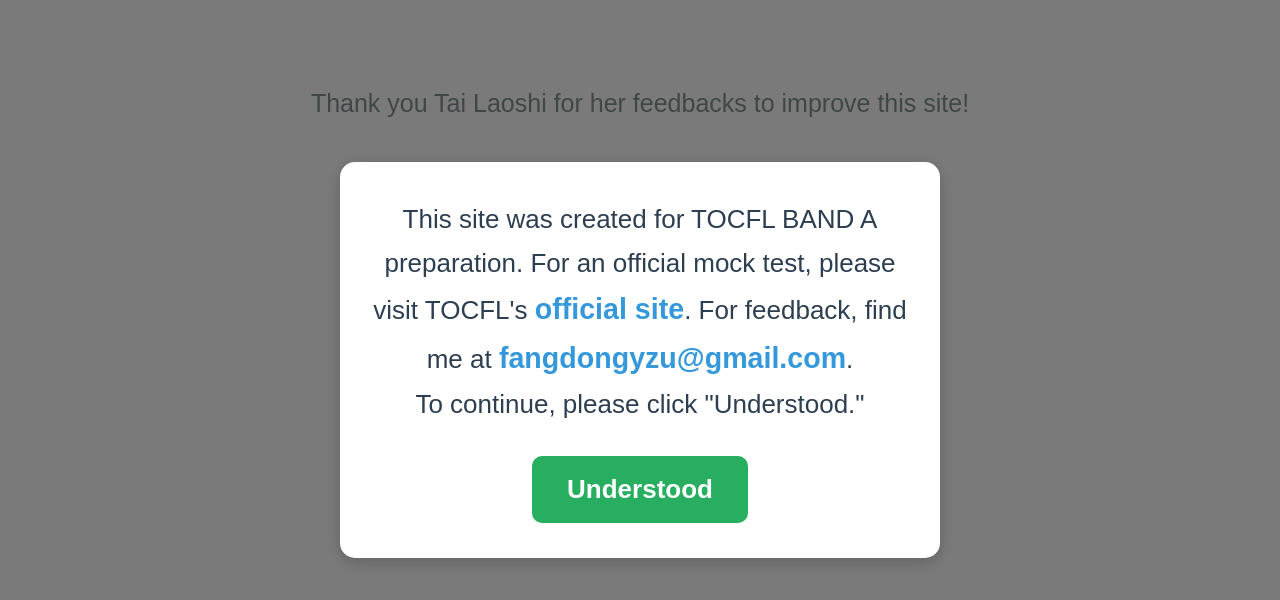
Repository: fangdongyzu/tocflmock
Page: index.html
These files come from the project's save history. The page is drawn as it stood at one moment and after the next save; the edit follows.
The browser window is 1280 px wide. The pictures show the whole page.

Above is the page before, as saved 2025-12-23 16:57:27.

### index.html
<!DOCTYPE html>
<html lang="en">
<head>
<meta charset="UTF-8">
<meta name="viewport" content="width=device-width, initial-scale=1.0">
<title>TOCFL MOCK BAND A PRACTICE</title>
<link rel="stylesheet" href="styles.css">
</head>
<body>

<div class="container">
    <!-- Modal -->
    <div id="modal">
        <div id="modalContent">
            <p>
                This site was created for TOCFL BAND A preparation. For an official mock test, please visit TOCFL's
                <a href="https://cbt.sc-top.org.tw/sctopj/" target="_blank">official site</a>. For feedback, find me at <a href="mailto:fangdongyzu@gmail.com">fangdongyzu@gmail.com</a>.<br>To continue, please click "Understood."
            </p>
            <button id="understoodBtn">Understood</button>
        </div>
    </div>

    <!-- Main Page -->
    <div id="mainPage">
        <header>
            <h1>TOCFL MOCK BAND A PRACTICE</h1>
            <p>Select a mock test to begin your practice</p>
        </header>

        <div class="mock-selection">
            <div class="mock" data-mock="5" data-reading="https://fangdongyzu.github.io/tocfl-mock5-reading/" data-listening="https://fangdongyzu.github.io/tocfl-mock5-listening/">
                <strong>MOCK 5</strong>
            </div>

            <div class="mock" data-mock="4" data-reading="https://fangdongyzu.github.io/tocfl-mock4-reading/" data-listening="https://fangdongyzu.github.io/tocfl-mock4-listening/">
                <strong>MOCK 4</strong>
            </div>

            <div class="mock" data-mock="3" data-reading="https://fangdongyzu.github.io/tocfl-mock3-reading/" data-listening="https://fangdongyzu.github.io/tocfl-mock3-listening/">
                <strong>MOCK 3</strong>
            </div>

            <div class="mock" data-mock="2" data-reading="https://fangdongyzu.github.io/tocfl-mock2-reading/" data-listening="https://fangdongyzu.github.io/tocfl-mock2-listening/">
                <strong>MOCK 2</strong>
            </div>

            <div class="mock" data-mock="1" data-reading="https://fangdongyzu.github.io/tocfl-mock1-reading/" data-listening="https://fangdongyzu.github.io/tocfl-mock1-listening/">
                <strong>MOCK 1</strong>
            </div>
        </div>
    </div>

    <!-- Choice Popup -->
    <div id="choicePopup">
        <p id="popupTitle"></p>
        <div class="buttons">
            <a id="readingBtn" target="_self"><button>Reading</button></a>
            <a id="listeningBtn" target="_self"><button>Listening</button></a>
        </div>
        <button id="closePopup">Exit</button>
    </div>
</div>

<script>
document.addEventListener('DOMContentLoaded', () => {
    const modal = document.getElementById('modal');
    const understoodBtn = document.getElementById('understoodBtn');
    const mainPage = document.getElementById('mainPage');
    const choicePopup = document.getElementById('choicePopup');
    const popupTitle = document.getElementById('popupTitle');
    const readingBtn = document.getElementById('readingBtn');
    const listeningBtn = document.getElementById('listeningBtn');
    const closePopup = document.getElementById('closePopup');

    // Show modal only once per session
    if (sessionStorage.getItem('tocflModalShown') === 'true') {
        modal.style.display = 'none';
        mainPage.style.display = 'block';
    } else {
        modal.style.display = 'flex';
        mainPage.style.display = 'none';
    }

    // Modal button
    understoodBtn.addEventListener('click', () => {
        modal.style.display = 'none';
        mainPage.style.display = 'block';
        sessionStorage.setItem('tocflModalShown', 'true');
    });

    // MOCK click to open popup
    document.querySelectorAll('.mock').forEach(mock => {
        mock.addEventListener('click', () => {
            const mockNumber = mock.dataset.mock;
            const readingLink = mock.dataset.reading;
            const listeningLink = mock.dataset.listening;

            popupTitle.textContent = `MOCK ${mockNumber}`;

            if (readingLink) {
                readingBtn.href = readingLink;
                readingBtn.style.display = 'inline-block';
            } else {
                readingBtn.style.display = 'none';
            }

            if (listeningLink) {
                listeningBtn.href = listeningLink;
                listeningBtn.style.display = 'inline-block';
            } else {
                listeningBtn.style.display = 'none';
            }

            choicePopup.style.display = 'flex';
        });
    });

    // Close popup
    closePopup.addEventListener('click', () => {
        choicePopup.style.display = 'none';
    });
});
</script>

</body>
<footer>
    <p>Thank you Tai Laoshi for her feedbacks to improve this site!</p>
</footer>
</html>

### styles.css
* {
    margin: 0;
    padding: 0;
    box-sizing: border-box;
}

body {
    font-family: 'Microsoft JhengHei', '微軟正黑體', Arial, sans-serif;
    line-height: 1.6;
    color: #333;
    background-color: #f5f5f5;
    font-size: 20px; /* Increased base font size */
    min-height: 100vh;
}

.container {
    max-width: 850px;
    margin: 0 auto;
    padding: 20px;
}

/* Modal */
#modal {
    position: fixed;
    top: 0;
    left: 0;
    width: 100%;
    height: 100%;
    background: rgba(0, 0, 0, 0.5);
    display: flex;
    justify-content: center;
    align-items: center;
    z-index: 1000;
    padding: 15px;
}

#modalContent {
    background: white;
    padding: 35px 30px; /* Increased padding */
    border-radius: 15px; /* Larger border radius */
    box-shadow: 0 4px 15px rgba(0,0,0,0.2); /* Enhanced shadow */
    max-width: 600px; /* Slightly wider */
    width: 100%;
    text-align: center;
    line-height: 1.7; /* Improved line height */
}

#modalContent p {
    margin-bottom: 30px;
    color: #2c3e50;
    font-size: 1.3em; /* Larger modal text */
    font-weight: 500; /* Slightly bolder */
}

#modalContent a {
    color: #3498db;
    text-decoration: none;
    font-weight: bold;
    font-size: 1.1em; /* Larger link text */
}

#modalContent a:hover {
    text-decoration: underline;
}

#modalContent button {
    padding: 18px 35px; /* Larger button */
    background: #27ae60;
    color: white;
    border: none;
    border-radius: 10px; /* Larger border radius */
    cursor: pointer;
    font-size: 1.3em; /* Larger button text */
    font-weight: bold;
    transition: background 0.3s;
    min-width: 180px; /* Wider button */
    min-height: 60px; /* Taller button */
}

#modalContent button:hover {
    background: #229954;
    transform: translateY(-2px); /* Added hover effect */
    box-shadow: 0 4px 8px rgba(0,0,0,0.2);
}

/* Main Page */
#mainPage {
    display: none;
    text-align: center;
    padding: 20px;
}

header {
    text-align: center;
    margin-bottom: 35px; /* Increased spacing */
    background: white;
    padding: 30px 25px; /* Increased padding */
    border-radius: 15px; /* Larger border radius */
    box-shadow: 0 4px 15px rgba(0,0,0,0.1); /* Enhanced shadow */
}

header h1 {
    color: #2c3e50;
    margin-bottom: 20px; /* Increased spacing */
    font-size: 2.5em; /* Larger heading */
    font-weight: 700; /* Bolder */
    line-height: 1.3; /* Better line height */
}

header p {
    color: #7f8c8d;
    font-size: 1.4em; /* Larger subtitle */
    font-weight: 500;
}

/* Mock Selection Styling */
.mock-selection {
    background: white;
    padding: 35px 30px; /* Increased padding */
    border-radius: 15px; /* Larger border radius */
    box-shadow: 0 4px 15px rgba(0,0,0,0.1); /* Enhanced shadow */
    margin-bottom: 25px; /* Increased spacing */
}

.mock {
    margin: 25px 0; /* Increased spacing */
    padding: 25px 20px; /* Increased padding */
    background: #f8f9fa;
    border: 3px solid #e9ecef; /* Thicker border */
    border-radius: 12px; /* Larger border radius */
    cursor: pointer;
    transition: all 0.3s;
    font-size: 1.4em; /* Larger text */
    min-height: 85px; /* Taller items */
    display: flex;
    align-items: center;
    justify-content: center;
    text-align: center;
}

.mock:hover {
    background: #e9ecef;
    border-color: #3498db;
    transform: translateY(-3px); /* Enhanced hover effect */
    box-shadow: 0 6px 12px rgba(0,0,0,0.15);
}

.mock strong {
    color: #2c3e50;
    font-size: 1.6em; /* Larger mock text */
    font-weight: 600;
    line-height: 1.4;
}

/* Choice Popup */
#choicePopup {
    position: fixed;
    top: 50%;
    left: 50%;
    transform: translate(-50%, -50%);
    background: white;
    padding: 35px 30px; /* Increased padding */
    border-radius: 15px; /* Larger border radius */
    box-shadow: 0 4px 20px rgba(0,0,0,0.2); /* Enhanced shadow */
    display: none;
    flex-direction: column;
    align-items: center;
    z-index: 2000;
    max-width: 550px; /* Slightly wider */
    width: 95%; /* More responsive width */
}

#popupTitle {
    font-size: 2em; /* Larger title */
    color: #2c3e50;
    margin-bottom: 30px; /* Increased spacing */
    text-align: center;
    font-weight: 700;
    line-height: 1.3;
}

#choicePopup .buttons {
    display: flex;
    gap: 25px; /* Increased gap */
    margin-bottom: 30px; /* Increased spacing */
    width: 100%;
    justify-content: center;
    flex-wrap: wrap; /* Allow wrapping on small screens */
}

#choicePopup .buttons a {
    text-decoration: none;
    flex: 1;
    min-width: 160px; /* Minimum width for buttons */
    max-width: 200px; /* Maximum width */
}

#choicePopup .buttons button {
    width: 100%;
    padding: 20px 25px; /* Larger padding */
    background: #3498db;
    color: white;
    border: none;
    border-radius: 12px; /* Larger border radius */
    cursor: pointer;
    font-size: 1.3em; /* Larger text */
    font-weight: bold;
    transition: all 0.3s;
    min-height: 70px; /* Taller buttons */
    line-height: 1.4;
}

#choicePopup .buttons button:hover {
    background: #2980b9;
    transform: translateY(-2px);
    box-shadow: 0 4px 8px rgba(0,0,0,0.2);
}

#choicePopup #closePopup {
    padding: 18px 30px; /* Larger padding */
    background: #e74c3c;
    color: white;
    border: none;
    border-radius: 12px; /* Larger border radius */
    cursor: pointer;
    font-size: 1.2em; /* Larger text */
    font-weight: bold;
    transition: all 0.3s;
    min-width: 140px; /* Wider button */
    min-height: 60px; /* Taller button */
    margin-top: 10px;
}

#choicePopup #closePopup:hover {
    background: #c0392b;
    transform: translateY(-2px);
    box-shadow: 0 4px 8px rgba(0,0,0,0.2);
}

/* Enhanced Responsive Design for Mobile */
@media (max-width: 768px) {
    body {
        font-size: 18px; /* Larger base font size for tablets */
    }

    .container {
        padding: 15px;
        max-width: 100%;
    }

    #modal {
        padding: 10px;
    }

    #modalContent {
        padding: 30px 25px;
        margin: 10px;
    }

    #modalContent p {
        font-size: 1.2em; /* Adjusted for mobile */
        line-height: 1.6;
    }

    #modalContent button {
        padding: 16px 30px;
        font-size: 1.2em;
        min-width: 160px;
        min-height: 55px;
    }

    header {
        padding: 25px 20px;
        margin-bottom: 25px;
        border-radius: 12px;
    }

    header h1 {
        font-size: 2em; /* Adjusted for mobile */
        margin-bottom: 15px;
        line-height: 1.3;
    }

    header p {
        font-size: 1.2em;
    }

    .mock-selection {
        padding: 25px 20px;
        border-radius: 12px;
    }

    .mock {
        padding: 22px 18px;
        font-size: 1.2em;
        min-height: 75px;
        margin: 20px 0;
        border-radius: 10px;
        border-width: 2px;
    }

    .mock strong {
        font-size: 1.4em;
    }

    #choicePopup {
        padding: 30px 25px;
        border-radius: 12px;
        width: 90%;
    }

    #popupTitle {
        font-size: 1.7em;
        margin-bottom: 25px;
    }

    #choicePopup .buttons {
        flex-direction: column;
        gap: 20px;
        width: 100%;
    }

    #choicePopup .buttons a {
        min-width: 100%;
        max-width: 100%;
    }

    #choicePopup .buttons button {
        min-height: 65px;
        font-size: 1.2em;
        padding: 18px 20px;
    }

    #choicePopup #closePopup {
        min-width: 100%;
        font-size: 1.1em;
        padding: 16px 25px;
        min-height: 55px;
    }
}

@media (max-width: 480px) {
    body {
        font-size: 16px; /* Base size for small mobile */
    }

    .container {
        padding: 10px;
    }

    header {
        padding: 20px 15px;
        border-radius: 10px;
    }

    header h1 {
        font-size: 1.8em; /* Larger for small screens */
        line-height: 1.3;
    }

    header p {
        font-size: 1.1em;
    }

    .mock-selection {
        padding: 20px 15px;
        border-radius: 10px;
    }

    .mock {
        padding: 20px 15px;
        min-height: 70px;
        margin: 18px 0;
        border-radius: 8px;
        font-size: 1.1em;
    }

    .mock strong {
        font-size: 1.3em;
        line-height: 1.4;
    }

    #modalContent {
        padding: 25px 20px;
    }

    #modalContent p {
        font-size: 1.1em;
    }

    #modalContent button {
        padding: 15px 25px;
        font-size: 1.1em;
        min-width: 140px;
        min-height: 50px;
    }

    #choicePopup {
        padding: 25px 20px;
        border-radius: 10px;
    }

    #popupTitle {
        font-size: 1.5em;
        margin-bottom: 20px;
    }

    #choicePopup .buttons button {
        min-height: 60px;
        font-size: 1.1em;
        padding: 16px 18px;
    }

    #choicePopup #closePopup {
        padding: 15px 20px;
        min-height: 50px;
        font-size: 1.1em;
    }
}

/* Extra small devices (phones under 360px) */
@media (max-width: 360px) {
    body {
        font-size: 15px;
    }

    header h1 {
        font-size: 1.6em;
    }

    .mock strong {
        font-size: 1.2em;
    }

    #modalContent p {
        font-size: 1em;
    }

    #popupTitle {
        font-size: 1.3em;
    }
}

/* Accessibility: Ensure good contrast and touch targets */
@media (max-width: 768px) {
    .mock,
    #modalContent button,
    #choicePopup .buttons button,
    #choicePopup #closePopup {
        min-height: 44px; /* Minimum touch target size */
    }

    /* Increase tap targets for mobile */
    .mock {
        padding: 20px 15px;
    }
}

/* Prevent text size adjustment on orientation change */
html {
    -webkit-text-size-adjust: 100%;
    text-size-adjust: 100%;
}

/* Footer Styling */
footer {
    text-align: center;
    margin-top: 20px;      /* Creates space between content and footer */
    margin-bottom: 20px;
    padding: 25px 20px;

}

footer p {
    color: #7f8c8d;        /* Matches your header subtitle color */
    font-size: 1.25em;      /* Slightly smaller than main text for hierarchy */
    font-weight: 500;
    line-height: 1.5;
}

After the next save:
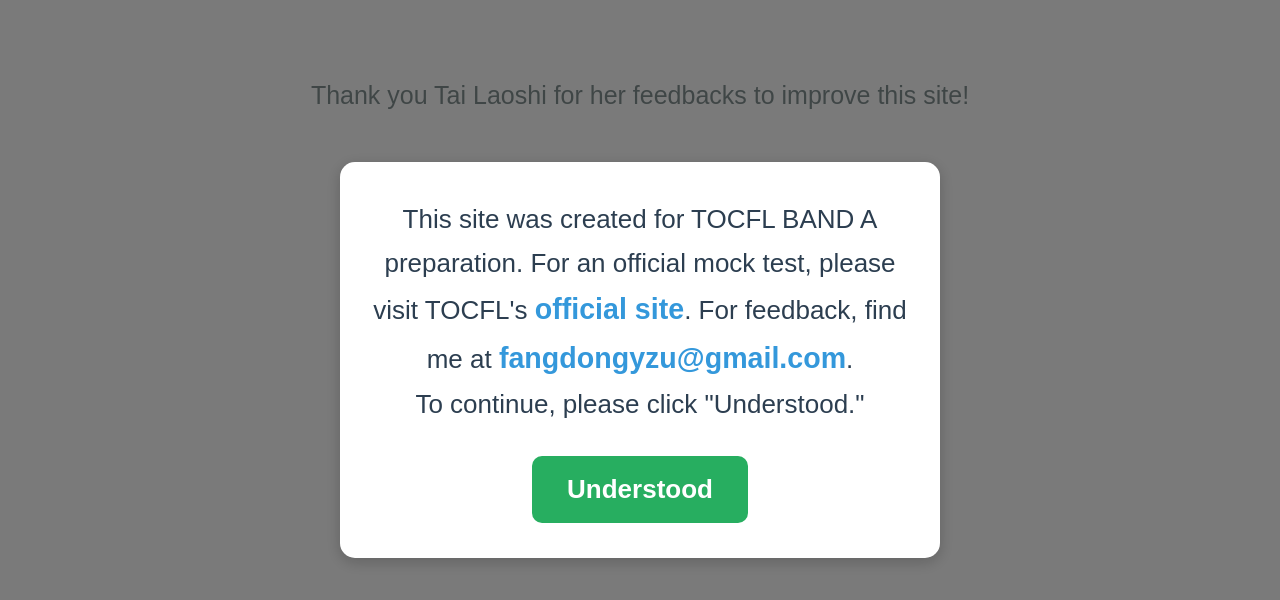
Saved 5 s later.
--- a/styles.css
+++ b/styles.css
@@ -465,7 +465,7 @@
 /* Footer Styling */
 footer {
     text-align: center;
-    margin-top: 20px;      /* Creates space between content and footer */
+    margin-top: 12px;      /* Creates space between content and footer */
     margin-bottom: 20px;
     padding: 25px 20px;
 
